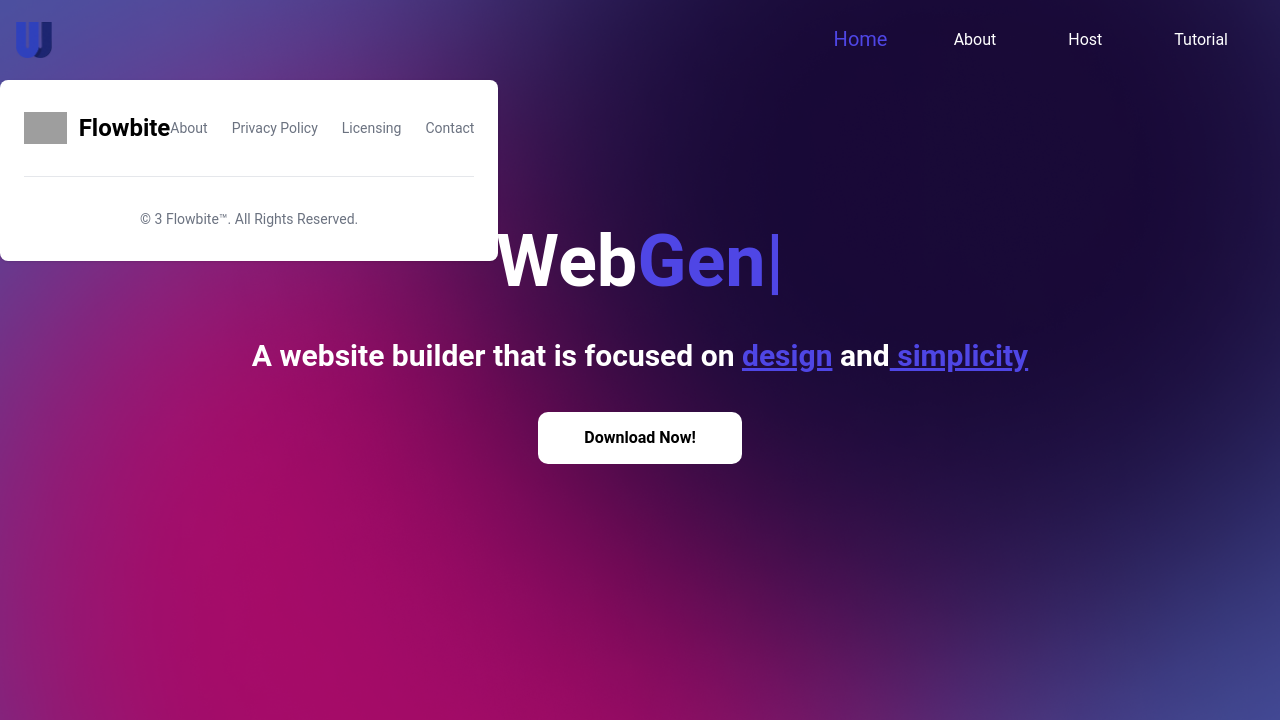
Repository: falkon2/WebGeny
Page: /
These files come from the project's save history. The page is drawn as it stood at one moment and after the next save; the edit follows.
The browser window is 1280 px wide. The pictures show the whole page.
Pictures or frames that could not be fetched are drawn as grey boxes. Backgrounds fixed to the window are drawn as part of the page. The project was rebuilt for these pictures with package versions that can differ from the ones it lists, and the page was loaded fresh each time.

Above is the page before, as saved 2023-03-12 10:27:17.

### public/index.html
<!DOCTYPE html>
<html lang="en">
  <head>
    <!-- Google tag (gtag.js) -->
<script async src="https://www.googletagmanager.com/gtag/js?id=G-JHK77K9LRL"></script>
<script>
  window.dataLayer = window.dataLayer || [];
  function gtag(){dataLayer.push(arguments);}
  gtag('js', new Date());

  gtag('config', 'G-JHK77K9LRL');
</script>
    <meta charset="utf-8" />
    <link rel="icon" href="%PUBLIC_URL%/logo.ico" />
    <meta name="viewport" content="width=device-width, initial-scale=1" />
    <meta name="twitter:title" content="WebGeny">
    <meta name="twitter:description" content="    Web Geny a simple yet powerful website generator.">
    <meta name="twitter:card" content="summary_large_image">
    <meta name="twitter:image:src" content="https://media.discordapp.net/attachments/916242216211595264/1079456048768876635/Frame_1.png">
    <meta name="theme-color" content="#1C044D" />
    <link rel="apple-touch-icon" href="%PUBLIC_URL%/logo.png" />
    <link rel="manifest" href="%PUBLIC_URL%/manifest.json" />
    <script async src="https://pagead2.googlesyndication.com/pagead/js/adsbygoogle.js?client=ca-pub-8035401165804944"
     crossorigin="anonymous"></script>
    <title>Web Geny</title>
  </head>
  <body>
    <div id="root"></div>
  </body>
</html>

### src/index.js
import React from 'react';
import ReactDOM from 'react-dom/client';
import './index.css';
import Router from './Router';
import { Toaster } from 'react-hot-toast';
import { BrowserRouter } from 'react-router-dom';
const root = ReactDOM.createRoot(document.getElementById('root'));
root.render(
  <React.StrictMode>
    <BrowserRouter>
    <Toaster />
      <Router />
    </BrowserRouter>
  </React.StrictMode>
);

// If you want to start measuring performance in your app, pass a function
// to log results (for example: reportWebVitals(console.log))
// or send to an analytics endpoint. Learn more: https://bit.ly/CRA-vitals

### src/index.css

@tailwind base;
@tailwind components;
@tailwind utilities;
@import url('https://fonts.googleapis.com/css2?family=Poppins:wght@400;500&display=swap');

body{
  background-image: url("embed.png");
  background-size: cover;
  background-repeat: no-repeat;
  background-position: center;
  background-attachment: fixed;
  /* display: flex; */
  font-family: 'Roboto', sans-serif;
}

.active{
  @apply text-indigo-600 scale-125
}

### src/Router.js
import { Routes, Route } from 'react-router-dom';
import  Application from './pages/Application';
function Router() {
  return (
    <Routes>
      <Route path="/" element={<Application />} />
    </Routes>
  );
}

export default Router;

### src/pages/Application.jsx
import './App.css';
// import {Link} from "react-router-dom"
import { useState } from 'react';
import { toast } from 'react-hot-toast'
import { GiHamburgerMenu } from "react-icons/gi";
import { AiOutlineClose } from "react-icons/ai";
import { NavLink } from "react-router-dom";
import  Typed from 'react-typed';
export default function Application() {

  // const [invisible, setInvisible] = useState(false);
  const [currentContent, setCurrentContent] = useState("content1");

  // Switch statement to return the appropriate content based on the current state value
  const success = () => {
    toast.success('Redirecting to the downloads page...')
}


  const getContent = () => {
    switch (currentContent) {
      case "content1":
        return (

          <div className="text-white font-poppins">
          <div
            id="index"
            className="index max-w-[800px] mt-[-96px] w-full h-screen mx-auto text-center flex flex-col justify-center"
          >
            <div className="flex justify-center items-center">
              <h1 className="md:text-7xl sm:text-6xl text-4xl font-bold md:py-6">
                Web
              </h1>
              <Typed
                className="md:text-7xl sm:text-6xl text-4xl font-bold md:py-6 text-indigo-600"
                strings={["site Generator", "Geny"]}
                typeSpeed={70}
                backSpeed={100}
                loop
              />
            </div>
            <p className="md:text-3xl sm:text-2xl text-xl font-bold py-4 ">
            A website builder that is focused on <a className="underline text-indigo-600">design</a> and
              <a className="underline text-indigo-600"> simplicity</a>
            </p>
            <button onClick={() => setCurrentContent("content2")} className="bg-white text-black w-[200px] transition-[0.5s] rounded-lg font-bold my-6 mx-auto py-3 ring-2 ring-white hover:ring-indigo-600 hover:bg-indigo-600  hover:shadow-xl hover:shadow-indigo-700 hover:text-white hover:scale-110">
              Download Now!
            </button>
          </div>
      </div>

        );
      case "content2":
        return (            <div className='font-poppins' >
        <h1 className='mt-10 mb-2 text-center capitalize text-transparent text-4xl bg-gradient-to-r from-indigo-600 to-indigo-900 font-extrabold bg-clip-text'>System</h1>'
        <hr className='w-1/5 mx-auto bg-gradient-to-r from-indigo-600 to-indigo-900 '/>
        {/* my Cards */}
        <div className='grid grid-cols-1 lg:grid-cols-3 lg:gap-3 justify-items-center mt-20 '>
          {/* 1st card */}
          <div className='py-10 text-white   hover:scale-110 transition-[0.5s] '>
            <div className=' overflow-hidden rounded-lg shadow-lg shadow-white bg-black  max-w-sm '>
              <img src="https://c4.wallpaperflare.com/wallpaper/461/319/628/computer-computers-2560x1440-mac-os-x-lion-wallpaper-preview.jpg" alt='mountain' className='w-full'/>
              <div className="px-6 py-4">
                <div className='font-bold text-xl mb-2 text-center'>
                  MacOS
                </div>

              </div>
              <div className='justify-center items-center flex '>
              <a href="https://drive.google.com/file/d/1wIRujHkihNA6-z8qGt_k3tozohbCPhtY/view?usp=sharing"><button onClick={success} className="bg-white  text-black w-[200px] transition-[0.5s] rounded-lg font-bold my-6 mx-auto py-3 ring-2 ring-white hover:ring-black hover:bg-black  hover:shadow-xl hover:shadow-white hover:text-white hover:scale-110">
                  Download
                </button></a>
              </div>
            </div>
          </div>
          {/* 2nd card */}
          <div className='py-10 text-white hover:scale-110 transition-[0.5s]'>
            <div className='rounded-lg overflow-hidden  shadow-lg shadow-blue-500 bg-blue-500 max-w-sm'>
              <img src="https://png.pngitem.com/pimgs/s/47-471523_windows-logo-google-discloses-actively-exploited-windows-microsoft.png"
              alt='mountain' className='w-full'/>
              <div className="px-6 py-4">
                <div className='font-bold text-xl mb-2 text-center'>
                  Windows
                </div>

              </div>
              <div className='justify-center items-center flex '>
                <a href="https://drive.google.com/file/d/1JjMqdkkO3dpi5ZP0tQ7oSLjGXCCYXXVY/view?usp=sharing"><button onClick={success} className="bg-white  text-blue-600 w-[200px] transition-[0.5s] rounded-lg font-bold my-6 mx-auto py-3 ring-2 ring-white hover:ring-blue-700 hover:bg-blue-700 hover:shadow-xl hover:shadow-blue-700 hover:text-blue-200 hover:scale-110">
                  Download
                </button></a>
              </div>
            </div>

          </div>
          {/* 3rd card */}
          <div className='py-10 text-black hover:scale-110 transition-[0.5s]'>
            <div className='rounded-lg overflow-hidden shadow-lg max-w-sm shadow-white bg-white'>
              <img src="https://1000logos.net/wp-content/uploads/2017/03/Symbol-Linux.jpg" alt='mountain' className='w-full'/>
              <div className="px-6 py-4">
                <div className='font-bold text-xl mb-2 text-center'>
                  Linux
                </div>
              </div>
              <div className='justify-center items-center flex '>
              <a href="https://drive.google.com/drive/folders/1AqYDImkbqUQ4sjdD6LpsTR_H_IrQ2Sit?usp=sharing"><button onClick={success}  className="bg-black  text-white w-[200px] transition-[0.5s] rounded-lg font-bold my-6 mx-auto py-3 ring-2 ring-white hover:ring-black hover:bg-black hover:shadow-xl hover:shadow-black hover:text-white hover:scale-110" >
                  Download
                </button></a>
              </div>
            </div>
          </div>
        </div>
      </div>);
      case "content3":
        return (
          <div>
          <div className="text-white font-poppins">
              <div
                className="index max-w-[800px] mt-[-96px] w-full h-screen mx-auto text-center flex flex-col justify-center"
              >
                <div className="flex justify-center items-center">
                  <h1 className="md:text-7xl sm:text-6xl text-4xl font-bold md:py-6">
                    Web
                  </h1>
                  <Typed
                    className="md:text-7xl sm:text-6xl text-4xl font-bold md:py-6 text-indigo-600"
                    strings={["site Generator", "Geny"]}
                    typeSpeed={70}
                    backSpeed={100}
                    loop
                  />
                </div>
                <p className="md:text-2xl sm:text-xl text-lg font-bold py-4 ">
                Hello and thank you for visiting Web Geny, Here you can easily construct your own website that may be entirely personalised and is also completely free! This website builder is focused on <a className="underline text-indigo-600">design</a> and <a className="underline text-indigo-600"> simplicity</a>.</p>
                <p className='md:text-xl sm:text-lg text-base'> This website builder was made by <a href='https://github.com/falkon2' className="underline text-indigo-300 ">Falkon</a></p>
                <button onClick={()=>setCurrentContent('content1')} className="bg-white text-black w-[200px] transition-[0.5s] rounded-lg font-bold my-6 mx-auto py-3 ring-2 ring-white hover:ring-indigo-600 hover:bg-indigo-600  hover:shadow-xl hover:shadow-indigo-700 hover:text-white hover:scale-110">
                  Home
                </button>
              </div>
          </div>

          </div>
        );
      default:
        return <div>No content found</div>;
    }
  };


  const NavBar = () => {
    const [isOpen, setIsOpen] = useState(true);
    const toggle = () => {
      setIsOpen(!isOpen);
    };

  return (
<div className="flex sticky z-10 justify-between items-center h-20 max-w-full mx-auto px-4 text-white font-poppins  top-0">
      <img
        src={process.env.PUBLIC_URL + "/logo.png"}
        alt="none"
        className="w-9"
      />
      <ul className="hidden  md:flex">
        <button className="active" onClick={() => setCurrentContent('content1')}>
          <li className='p-4 mx-5 cursor-pointer after:content-[" "] after:absolute after:w-[45px] after:scale-x-0 after:h-[2px] after:flex after:bg-indigo-600 after:origin-bottom-left after:transition-[0.5s] after:ease-out hover:after:scale-x-100 hover:scale-110 hover:after:origin-bottom-right hover:text-indigo-600 '>
            Home
          </li>

        </button>
        <button className='notactive' onClick={()=> setCurrentContent('content3')}>
          <li className='p-4 mx-5 cursor-pointer after:content-[" "] after:absolute after:w-[45px] after:scale-x-0 after:h-[2px] after:flex after:bg-indigo-600 after:origin-bottom-left after:transition-[0.5s] after:ease-out hover:after:scale-x-100 hover:scale-110 hover:after:origin-bottom-right hover:text-indigo-600 '>
            About
          </li>

        </button>
        <a href="https://www.youtube.com/watch?v=68gU9V2xWRg&ab_channel=CodeCommerce">
          <li className='p-4 mx-5 cursor-pointer after:content-[" "] after:absolute after:w-[35px] after:scale-x-0 after:h-[2px] after:flex after:bg-indigo-600 after:origin-bottom-left after:transition-[0.5s] after:ease-out hover:after:scale-x-100 hover:scale-110 hover:after:origin-bottom-right hover:text-indigo-600 '>
            Host
          </li>
        </a>
        <a href="https://www.youtube.com/watch?v=ysEN5RaKOlA&ab_channel=CoderCoder">
          <li className='p-4 mx-5 cursor-pointer after:content-[" "] after:absolute after:w-[55px] after:scale-x-0 after:h-[2px] after:flex after:bg-indigo-600 after:origin-bottom-left after:transition-[0.5s] after:ease-out hover:after:scale-x-100 hover:scale-110 hover:after:origin-bottom-right hover:text-indigo-600'>
            Tutorial
          </li>
        </a>
      </ul>

      <div onClick={toggle} className="block md:hidden">
        {!isOpen ? <AiOutlineClose size={20} /> : <GiHamburgerMenu size={20} />}
      </div>

      <div
        className={
          !isOpen
            ? "fixed left-0 top-1 w-[60%] h-full border-r border-r-gray-800 bg-gray-900 ease-in-out duration-500"
            : "fixed left-[-100%] ease-in-out duration-500"
        }
      >
        <img
          src={process.env.PUBLIC_URL + "/logo.png"}
          alt="none"
          className="w-9 left-0"
        />
        <ul className="uppercase p-4">
          <NavLink to="/" activeClassName="active">
            <li className="p-4 border-b border-gray-700 hover:border-white hover:transition-[0.5s] hover:ease-in-out">
              Home
            </li>
          </NavLink>
          <NavLink to="/about" activeClassName="active">
            <li className="p-4 border-b border-gray-700 hover:border-white hover:transition-[0.5s] hover:ease-in-out">
              About
            </li>
          </NavLink>
          <a href="https://www.youtube.com/watch?v=68gU9V2xWRg&ab_channel=CodeCommerce">
            <li className="p-4 border-b border-gray-700 hover:border-white hover:transition-[0.5s] hover:ease-in-out">
              Host
            </li>
          </a>
          <a href="https://www.youtube.com/watch?v=ysEN5RaKOlA&ab_channel=CoderCoder">
            <li className="p-4 hover:border-b hover:border-white hover:transition-[0.5s] hover:ease-in-out">
              Tutorial
            </li>
          </a>
        </ul>
      </div>
    </div>
  )
}

  const Feedback = () => {
    <div class="absolute bottom-5 right-5 w-72 divide-y rounded-md border shadow-md bg-white">
  <div class="flex gap-2 px-3 py-3 items-start">
    <div class="text-gray-500">
      <svg xmlns="http://www.w3.org/2000/svg" viewBox="0 0 20 20" fill="currentColor" class="h-5 w-5">
        <path fill-rule="evenodd" d="M10 18a8 8 0 100-16 8 8 0 000 16zM8.28 7.22a.75.75 0 00-1.06 1.06L8.94 10l-1.72 1.72a.75.75 0 101.06 1.06L10 11.06l1.72 1.72a.75.75 0 101.06-1.06L11.06 10l1.72-1.72a.75.75 0 00-1.06-1.06L10 8.94 8.28 7.22z" clip-rule="evenodd" />
      </svg>
    </div>
    <div class="flex-1">
      <h3 class="text-sm font-bold">Got Questions? Email us!</h3>
      <p class="text-xs text-gray-400">We will get back to you</p>
    </div>
    <div><img src="https://cloudflare-ipfs.com/ipfs/Qmd3W5DuhgHirLHGVixi6V76LhCkZUz6pnFt5AJBiyvHye/avatar/170.jpg" alt="avatar" class="w-8 h-8 rounded-full" /></div>
  </div>
  <div class="flex justify-center px-5 py-3"><a href="#" class="text-sm font-bold text-blue-600">Send us a message</a></div>
</div>
  }

  const Footer = () => {
    return(<div className=''>
      <footer className="p-4 bg-white fixed rounded-lg shadow md:px-6 md:py-8 dark:bg-gray-900">
    <div className="sm:flex sm:items-center sm:justify-between">
        <a href="https://flowbite.com/" className="flex items-center mb-4 sm:mb-0">
            <img src="https://flowbite.com/docs/images/logo.svg" className="h-8 mr-3" alt="Flowbite Logo" />
            <span className="self-center text-2xl font-semibold whitespace-nowrap dark:text-white">Flowbite</span>
        </a>
        <ul className="flex flex-wrap items-center mb-6 text-sm text-gray-500 sm:mb-0 dark:text-gray-400">
            <li>
                <a href="#" className="mr-4 hover:underline md:mr-6 ">About</a>
            </li>
            <li>
                <a href="#" className="mr-4 hover:underline md:mr-6">Privacy Policy</a>
            </li>
            <li>
                <a href="#" className="mr-4 hover:underline md:mr-6 ">Licensing</a>
            </li>
            <li>
                <a href="#" className="hover:underline">Contact</a>
            </li>
        </ul>
    </div>
    <hr className="my-6 border-gray-200 sm:mx-auto dark:border-gray-700 lg:my-8" />
    <span className="block text-sm text-gray-500 sm:text-center dark:text-gray-400">© 3 <a href="https://flowbite.com/" className="hover:underline">Flowbite™</a>. All Rights Reserved.
    </span>
</footer></div>
    )
  }
  return(
    <div>
      {NavBar()}
      {Footer()}
      {Feedback()}
      {getContent()}
    </div>
  );
}

Loaded but not shown: tailwind.config.js (common file); src/pages/App.css (no stored copy; drawn as an empty file)

After the next save:
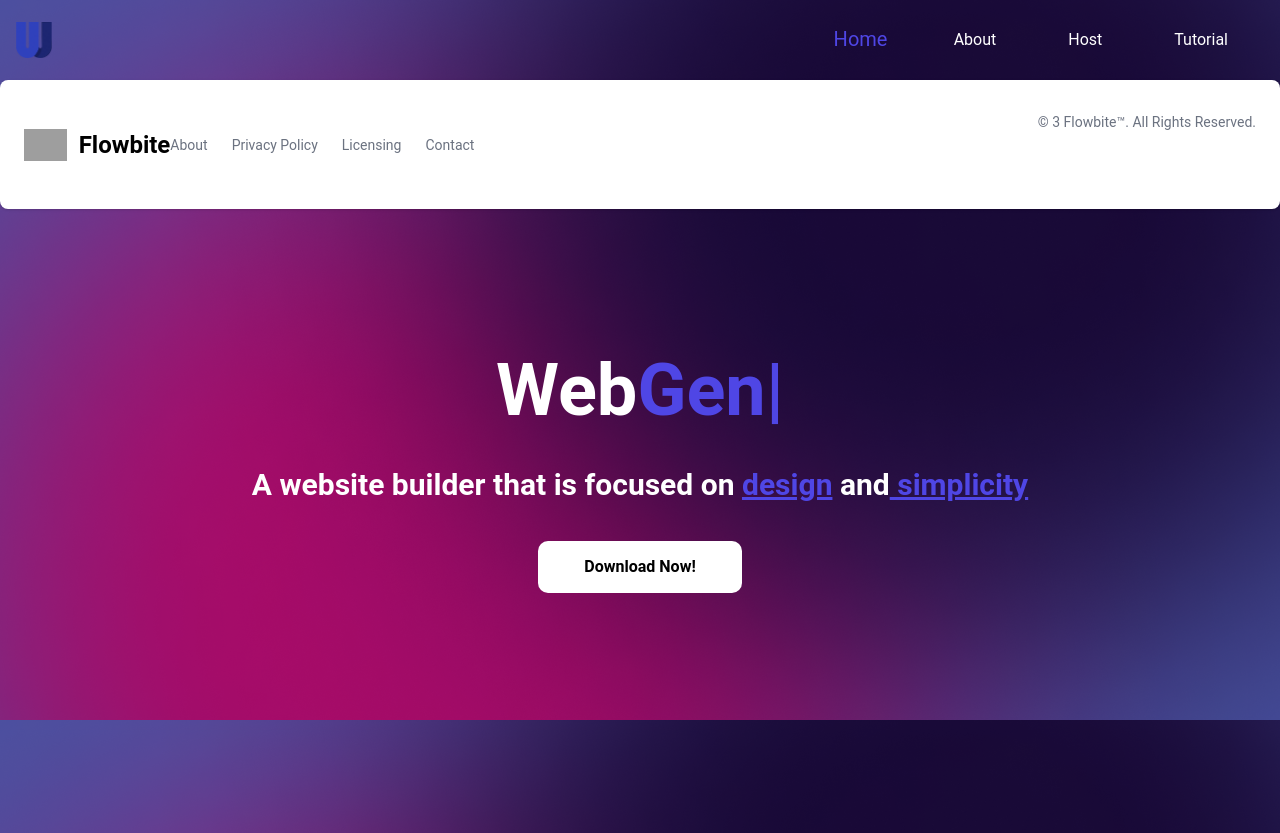
Saved 13 s later.
--- a/src/pages/Application.jsx
+++ b/src/pages/Application.jsx
@@ -247,7 +247,7 @@ export default function Application() {
 
   const Footer = () => {
     return(<div className=''>
-      <footer className="p-4 bg-white fixed rounded-lg shadow md:px-6 md:py-8 dark:bg-gray-900">
+      <footer className="p-4 bg-white flex rounded-lg shadow md:px-6 md:py-8 dark:bg-gray-900">
     <div className="sm:flex sm:items-center sm:justify-between">
         <a href="https://flowbite.com/" className="flex items-center mb-4 sm:mb-0">
             <img src="https://flowbite.com/docs/images/logo.svg" className="h-8 mr-3" alt="Flowbite Logo" />
